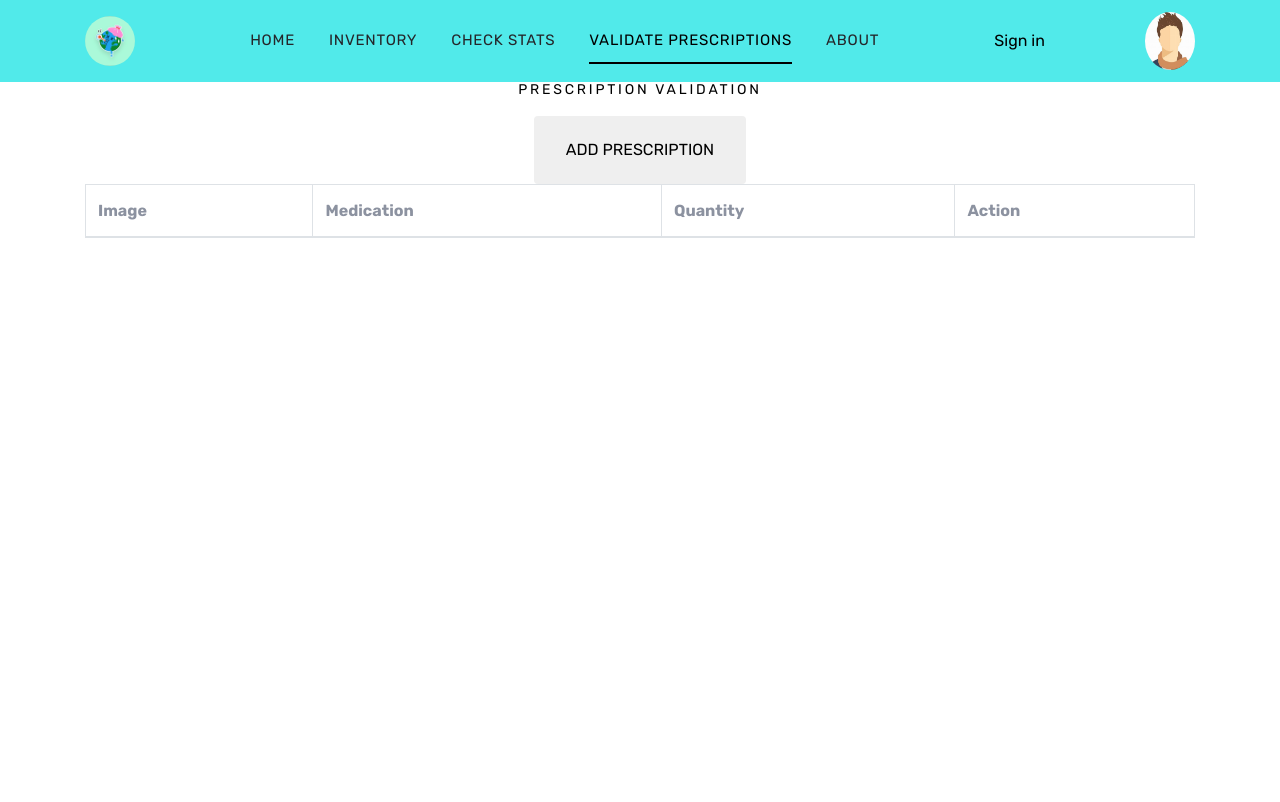
Repository: Argivist/Web-Doctor
Page: http://localhost/admin/presc.php
The author's editor kept a copy of each file at every save. The page is drawn from the files as they stood at one save, then again after the next save.
The browser window is 1280 px wide. The pictures show the whole page.
Some icons come from a web library that is not loaded, so they are not drawn. Some web fonts or font styles are not loaded; a fallback is used. The page is run by PHP 8.4 with error messages shown; the project is at /var/www/html/. The database holds what the project's SQL file puts in it. Queries for data that is not in the repository find no rows.

Above is the page before, as saved 2024-03-16 21:58:32.

### admin/presc.php
<?php
include "../settings/connection.php";
session_start();
?>
<!DOCTYPE html>
<html lang="en">

<head>
    <meta charset="UTF-8">
    <meta name="viewport" content="width=device-width, initial-scale=1.0">
    <title>Home</title>
    <link rel="icon" href="../img/logo/logo.png" />

    <link href="https://fonts.googleapis.com/css?family=Rubik:400,700|Crimson+Text:400,400i" rel="stylesheet">
    <link rel="stylesheet" href="fonts/icomoon/style.css">
    <link rel="stylesheet" href="../css/bootstrap.min.css">
    <link rel="stylesheet" href="../css/magnific-popup.css">
    <link rel="stylesheet" href="../css/jquery-ui.css">
    <link rel="stylesheet" href="../css/owl.carousel.min.css">
    <link rel="stylesheet" href="../css/owl.theme.default.min.css">
    <link rel="stylesheet" href="../css/style.css">
    <link rel="stylesheet" href="../css/aos.css">
    <link rel="stylesheet" href="../css/popup.css">
    <script src="../js/popup.js"></script>
    <script src="../js/ajax_.js"></script>


    <!-- <style>
        body {
            font-family: 'Segoe UI', Tahoma, Geneva, Verdana, sans-serif;
            background-color: #f8f9fa;

        }

        .prescription-container {
            max-width: 900px;
            margin: 0 auto;
        }

        .prescription {
            border: 1px solid #ddd;
            border-radius: 10px;
            padding: 20px;
            margin-bottom: 30px;
            background-color: #fff;
            box-shadow: 0 0 10px rgba(0, 0, 0, 0.1);
            transition: all 0.3s ease;
        }

        .prescription:hover {
            transform: translateY(-5px);
            box-shadow: 0 0 20px rgba(0, 0, 0, 0.15);
        }

        .prescription img {
            max-width: 100%;
            border-radius: 8px;
            margin-bottom: 15px;
            box-shadow: 0 0 10px rgba(0, 0, 0, 0.1);
        }

        .prescription h3 {
            color: #343a40;
            font-size: 22px;
            margin-bottom: 20px;
        }

        .btn {
            border-radius: 20px;
            font-size: 16px;
            padding: 10px 20px;
            margin-right: 10px;
            transition: all 0.3s ease;
        }

        .btn:hover {
            transform: translateY(-2px);
        }

        .modal-content {
            border-radius: 15px;
            box-shadow: 0 0 20px rgba(0, 0, 0, 0.2);
        }

        .modal-header,
        .modal-body,
        .modal-footer {
            border: none;
        }

        .modal-title {
            color: #343a40;
            font-size: 24px;
        }

        .modal-body p {
            font-size: 18px;
            margin-bottom: 15px;
        }

        .badge {
            font-size: 14px;
            border-radius: 20px;
        }

        .badge-secondary {
            background-color: #6c757d;
        }

        .badge-success {
            background-color: #28a745;
        }

        /* .prescription {
            margin-top: 10px;
        } */

        .white-popup {
            background: #fff;
            padding: 20px;
            max-width: 400px;
            margin: 0 auto;
            text-align: center;
            border-radius: 5px;
        }

        .white-popup input[type="file"] {
            margin-bottom: 10px;
        }

        .white-popup button {
            background-color: #04e2f6;
            border: none;
            color: white;
            padding: 10px 20px;
            text-align: center;
            text-decoration: none;
            display: inline-block;
            font-size: 16px;
            margin: 4px 2px;
            cursor: pointer;
            border-radius: 5px;
        }
    </style> -->
    <style>
        .btn {
            margin-top: 10px;
        }

        .safer:hover {
            border: green solid 2px;
        }

        .danger:hover {
            border: red solid 2px;
        }
    </style>

</head>

<body>
    <div class="site-wrap">

        <!--Navigation Bar-->
        <div class="site-navbar bg-primary py-2">
            <div class="container">
                <div class="d-flex align-items-center justify-content-between">
                    <div class="logo">
                        <div class="site-logo">
                            <a href="home.php" class="js-logo-clone"><img src="../img/logo/logo.png" style="width:50px; border-radius:50px;" alt="logo" /></a>
                        </div>
                    </div>
                    <div class="main-nav d-lg-block">
                        <nav class="site-navigation text-right text-md-center" role="navigation">
                            <ul class="site-menu js-clone-nav d-lg-block">
                                <li class=""><a href="home.php">Home</a></li>

                                <li><a href="inventory.php">Inventory</a></li>
                                <li class=""><a href="statistics.php">Check Stats</a></li>
                                <li class="active"><a href="presc.php">Validate Prescriptions</a></li>

                                <li><a href="aboutus.php">About</a></li>

                            </ul>
                        </nav>
                    </div>
                    <?php
                    if (isset($_SESSION['id'])) {
                        echo "<div class='logout'><a href='../actions/logout.php'>Logout</a></div>";
                    } else {
                        echo "<div class='login'><a href='../login/login.php'>Sign in</a></div>";
                    } ?>
                    <div class="profile">
                        <a href="
                        <?php
                        if (isset($_SESSION['id'])) {
                            echo "profile.php";
                        } else {
                            echo "../login/login.php";
                        }
                        ?>
                        "><img src="
                        <?php
                        if (isset($_SESSION['id'])) {
                            echo "../img/logo/logo.png";
                        } else {
                            echo "../img/profile.jpg";
                        }
                        ?>
                        " alt="Image" class="rounded-circle" style="width:50px; border-radius:50px;"></a>
                    </div>
                </div>
            </div>
        </div>

        <!--Main Content-->
        <!--Image By: Photo by Alex Green: https://www.pexels.com/photo/pile-of-white-spilled-pills-5699514/-->
        <div class="site-blocks-cover">
            <div class="container">


                <!-- Profile Modal -->
                <div class="modal fade popup" id="profileModal" tabindex="-1" role="dialog" aria-labelledby="profileModalLabel" aria-hidden="true">
                    <div class="modal-dialog" role="document">
                        <div class="modal-content">
                            <div class="modal-header">
                                <h5 class="modal-title" id="profileModalLabel">Buyer Profile</h5>
                                <button type="button" class="close" data-dismiss="modal" aria-label="Close">
                                    <span aria-hidden="true">&times;</span>
                                </button>
                            </div>
                            <div class="modal-body">
                                <p>Name: <span id="buyerName"></span></p>
                                <p>Age: <span id="buyerAge"></span></p>
                                <p>Adult: <span id="isAdult"></span></p>
                            </div>
                        </div>
                    </div>
                </div>

                <!-- Reason Modal -->
                <!-- <div class="modal fade reason-modal" id="reasonModal" tabindex="-1" role="dialog" aria-labelledby="reasonModalLabel" aria-hidden="true">
                                <div class="modal-dialog" role="document">
                                    <div class="modal-content">
                                        <div class="modal-header">
                                            <h5 class="modal-title" id="reasonModalLabel">Provide Reason for Rejection</h5>
                                            <button type="button" class="close" data-dismiss="modal" aria-label="Close">
                                                <span aria-hidden="true">&times;</span>
                                            </button>
                                        </div>
                                        <div class="modal-body">
                                            <textarea class="form-control rejection-reason" rows="4"></textarea>
                                        </div>
                                        <div class="modal-footer">
                                            <button type="button" class="btn btn-secondary" data-dismiss="modal">Close</button>
                                            <button type="button" class="btn btn-danger submit-rejection">Submit</button>
                                        </div>
                                    </div>
                                </div>
                            </div>
                        </div>
                    </div>
                </div> -->
                <!-- new list -->
                <div class="site-blocks-table">
                    <!-- Adding patient -->
                    <div class="container">
                        <h2 style="text-align:center;">Prescription Validation</h2>
                        <center><button class="btn" onclick="openPopup('popup_add_presc')">Add Prescription</button></center>
                    </div>
                </div>
                <table class="table table-bordered">

                    <thead>
                        <tr>
                            <th class="product-thumbnail">Image</th>
                            <th class="product-name">Medication</th>
                            <th class="product-quantity">Quantity</th>
                            <th class="product-price">Action</th>
                        </tr>
                    </thead>
                    <tbody>
                        <?php
                        include '../actions/get_all_presc.php';
                        include '../functions/list_presc_action.php';
                        $presc = getPresc();

                        $count = 0;
                        foreach ($presc as $item) {
                            if ($item['approved'] == 0) {
                                echo displayPresc($item["prescript_id"], $item['medicine_id'], $item['img_url'], $item['medicine_name'], $item['qty'], $item['desc'], $item['medicine_price']);
                            }
                        }

                        ?>
                    </tbody>
                    <table>
            </div>
        </div>
    </div>
    <!-- popup -->
    <div class="popup" id="popup_add_presc">
        <div class="popup-item">
            <div class="popup-header">
                <h2>Add Prescription</h2>
                <span class="close" onclick="closePopup('popup_add_presc')">&times;</span>
            </div>
            <div class="popup-body">
                <div class="error" id="error"></div>
                <!-- <form action="../actions/add_presc.php" method="post" enctype="multipart/form-data"> -->
                <div class="form-group  mb-2">
                    <label for="medicine">Medicine ID</label>
                    <input type="text" class="form-control" id="medicine" name="medid" required>
                    <label for="patient"> Patient ID</label>
                    <input type="text" class="form-control" id="patient" name="pid" required>
                    <label for="quantity">Quantity</label>
                    <input type="number" class="form-control" id="quantity" name="quantity" required>
                    <label for="file">Prescription</label>
                    <label for="descr">Description</label>
                    <textarea class="form-control" id="description" name="descr" required></textarea>
                    <input type="file" name="file" id="file">
                    <input type="submit" class="btn btn-primary" value="Add Prescription" onclick="add_presc('medicine','patient','quantity','description','error',)">
                </div>
            </div>
        </div>
        <script>

        </script>
</body>
<script src="../js/jquery-3.3.1.min.js"></script>
<script src="../js/jquery-ui.js"></script>
<script src="../js/popper.min.js"></script>
<script src="../js/bootstrap.min.js"></script>
<script src="../js/owl.carousel.min.js"></script>
<script src="../js/jquery.magnific-popup.min.js"></script>
<script src="../js/aos.js"></script>

<script src="js/main.js"></script>


<!-- Bootstrap JS and jQuery -->
<script src="https://code.jquery.com/jquery-3.5.1.slim.min.js"></script>
<script src="https://cdn.jsdelivr.net/npm/popper.js@1.16.1/dist/umd/popper.min.js"></script>
<script src="https://stackpath.bootstrapcdn.com/bootstrap/4.5.2/js/bootstrap.min.js"></script>
<script>
    $(document).ready(function() {
        // Handle click on view profile button
        $('.view-profile-button').click(function() {
            var buyerName = $(this).data('name');
            var buyerAge = $(this).data('age');
            $('#buyerName').text(buyerName);
            $('#buyerAge').text(buyerAge);
            $('#isAdult').text(buyerAge >= 18 ? "Yes" : "No");
        });

        // Handle click on validate button
        $('.validate-button').click(function() {
            var prescription = $(this).closest('.prescription');
            var prescid = $(this).data('product-id');

            validatePrescription(prescription, prescid);
        });

        // Handle click on reject button
        $('.reject-button').click(function() {
            var presid = $(this).data('product-id');
            // $('.rejection-reason').data('product-name', productName);
            rejectPrescription(presid); //prescription, productName, rejectionReason);
        });

        // Handle click on submit rejection button
        // $('.submit-rejection').click(function() {
        //     var prescription = $('.rejection-reason').closest('.prescription');
        //     var productName = $('.rejection-reason').data('product-name');
        //     var rejectionReason = $('.rejection-reason').val();
        //     rejectPrescription(prescription, productName, rejectionReason);
        //     $('#reasonModal').modal('hide');
        // });

        // Function to validate prescription
        function validatePrescription(prescription, prescid) {
            fetch(
                '../actions/prescription.php', {
                    method: 'POST',
                    headers: {
                        'Content-Type': 'application/json'
                    },
                    body: JSON.stringify({
                        action: 0,
                        pid: prescid
                    })
                }
            ).then(response => response.json()).then(data => {
                if (data.status === "Success") {
                    alert('Prescription validated successfully');

                } else {
                    alert('Prescription validation failed');
                }
                window.location.reload();
            });
            // prescription.find('.validation-status').removeClass('badge-secondary').addClass('badge-success').text('Validated');
        }

        // Function to reject prescription
        function rejectPrescription(prescid) { //prescription, productName, rejectionReason) {
            fetch(
                '../actions/prescription.php', {
                    method: 'POST',
                    headers: {
                        'Content-Type': 'application/json'
                    },
                    body: JSON.stringify({
                        action: 1,
                        pid: prescid
                    })
                }
            ).then(response => response.json()).then(data => {
                if (data.status === "Success") {
                    alert('Prescription Rejected');

                } else {
                    alert('Prescription Rejection failed');
                }
                window.location.reload();
            });
            // Send AJAX request to reject prescription
            // prescription.find('.validation-status').removeClass('badge-secondary').addClass('badge-danger').text('Rejected');
            // You may want to update the UI to reflect rejection reason
        }
    });
</script>

</html>

### settings/connection.php

<?php
// $server="localhost";
// $user="root";
// $passwd="cs341webtech";
// $db="web_doctors";

// $conn=mysqli_connect($server,$user,$passwd,$db) or die("Connection failed :: ".$conn->error);
?>

<?php
$server="localhost:3307";
$user="root";
$passwd="root";
$db="web_doctors";

$conn=mysqli_connect($server,$user,$passwd,$db) or die("Connection failed :: ".$conn->error);
?>

### actions/get_all_presc.php
<?php
require "../settings/connection.php";

function getPresc(){
    global $conn;
    $query="SELECT * FROM prescription LEFT JOIN people ON prescription.custom_id=people.p_id LEFT JOIN medicine_inventory ON prescription.medicine_id=medicine_inventory.medicine_id ";

    $result=mysqli_query($conn,$query);
    $row=[];

    if($result){
        $row=mysqli_fetch_all($result,MYSQLI_ASSOC);
    }else{
        echo "No meds found";
    }

    mysqli_free_result($result);
    mysqli_close($conn);
    return $row;

}

### functions/list_presc_action.php

<?php
function displayPresc($pid,$mid, $url, $med_name, $medicine_qty, $medicine_desc,$medicine_price)
{
    $cart_item = "

<tr>
<input type='text' name='med_id' value='" . $mid . "' hidden/>

                    <td class='product-thumbnail'>
                    <a href='../view/shop-single.php?mid=" . $mid . "&url=" . $url . "&name=" . $med_name . "&qty=" . $medicine_qty . "&desc=" . $medicine_desc . "&price=" . $medicine_price . "'>
                      <img src=" . $url . " alt='Image' class='img-fluid'>
                      </a>
                    </td>
                    <td class='product-name'>
                    <a href='../view/shop-single.php?mid=" . $mid . "&url=" . $url . "&name=" . $med_name . "&qty=" . $medicine_qty . "&desc=" . $medicine_desc . "&price=" . $medicine_price . "'>

                      <h2 class='h5 text-black'>" . $med_name . "</h2>
                      </a>
                    </td>

                     <td>
                    <a href='../view/shop-single.php?mid=" . $mid . "&url=" . $url . "&name=" . $med_name . "&qty=" . $medicine_qty . "&desc=" . $medicine_desc . "&price=" . $medicine_price . "'>

                        <h2 class='h5 text-black'>" . $medicine_qty . "</h2>
                        </a>

                    </td>
                    <td>
                    <button class='btn btn-primary safer validate-button' data-product-id='".$pid."'>Validate Prescription</button><br/>
                    <button class='btn btn-primary  view-profile-button' data-toggle='modal' data-target='#profileModal' data-name='Emily Brown' data-age='28'>View Buyer Profile</button><br/>
                    <button class='btn btn-primary danger reject-button' data-toggle='modal' data-target='#reasonModal' data-product-id='".$pid."'>Reject Prescription</button><br/>

                    </td>

                      </tr>";
                  return $cart_item;
}

### css/popup.css
@keyframes animatetop {
    from {
        top: -300px;
        opacity: 0
    }

    to {
        top: 0;
        opacity: 1
    }
}

.popup-item {
    position: absolute;
    top: 50%;
    left: 50%;
    transform: translate(-50%, -50%);
    background-color: #fefefe;
    padding: 20px;
    border: 1px solid #888;
    border-radius: 5px;
    box-shadow: 0 4px 8px 0 rgba(0, 0, 0, 0.2), 0 6px 20px 0 rgba(0, 0, 0, 0.19);
    animation-name: animatetop;
    animation-duration: 0.4s;
}
.popup-item input{
    width: 100%;
    padding: 12px 20px;
    margin: 8px 0;
    display: inline-block;
    border: 1px solid #ccc;
    border-radius: 4px;
    box-sizing: border-box;

}
.popup {
    z-index: 1;
    display: none;
    width: 100%;
    height: 100vh;
    position: fixed;
    top: 0;
    left: 0;
    right: 0;
    bottom: 0;
    z-index: 9999;
    background-color: rgba(0, 0, 0, 0.5);
}

### db/web_doctors.sql (the tables this page reads)
CREATE TABLE `medicine_inventory` (
  `medicine_id` int(11) PRIMARY KEY AUTO_INCREMENT,
  `img_url` varchar(100) NOT NULL,
  `medicine_name` varchar(50) NOT NULL,
  `medicine_qty` int(11) NOT NULL,
  `medicine_price` decimal(11,0) NOT NULL,
  `presc` boolean NOT NULL DEFAULT FALSE,
  `desc` LONGTEXT NOT NULL,
  `pharm_id` int(11),
  foreign key(pharm_id) references pharmacy(pharm_id) ON DELETE CASCADE ON UPDATE CASCADE
);

INSERT INTO `medicine_inventory` (`img_url`,`medicine_id`,`medicine_name`, `medicine_qty`, `medicine_price`, `pharm_id`,`desc`) VALUES
('..\\img\\meds\\product_01.png', 1, 'Bioderma', 100, 10, 1, 'Bioderma Sensibio H2O Soothing Micellar Cleansing Water and Makeup Removing Solution for Sensitive Skin'),
('..\\img\\meds\\product_02.png', 2, 'CP', 100, 10, 1, 'Cetaphil Pro Dermacontrol Purifying Clay Mask With bentonite Clay for Oily, Sensitive Skin, 3 Oz Jar'),
('..\\img\\meds\\product_03.png', 3, 'Umcka', 100, 10, 1, "Nature\'s Way Umcka ColdCare Cherry Syrup, 4 Ounce"),
('..\\img\\meds\\product_04.png', 4, 'cety1Pure', 100, 10, 1,'Cetaphil Gentle Skin Cleanser for All Skin Types, Face Wash for Sensitive Skin, 16 oz'),
('..\\img\\meds\\product_05.png', 5, 'Claritin', 100, 10, 1, 'Claritin 24 Hour Allergy Medicine, Non-Drowsy Prescription Strength Allergy Relief, Loratadine Antihistamine Tablets, 45 Count'),
('..\\img\\meds\\product_06.png', 6, 'Pourrie', 100, 10, 1,'Purina Pro Plan Savor Shredded Blend Chicken & Rice Formula Adult Dry Dog Food');

Loaded but not shown: css/bootstrap.min.css (library); css/magnific-popup.css (library); css/jquery-ui.css (library); css/owl.carousel.min.css (common file); css/owl.theme.default.min.css (common file); css/aos.css (library); js/jquery-3.3.1.min.js (library); js/jquery-ui.js (library); js/popper.min.js (library); js/bootstrap.min.js (library); js/owl.carousel.min.js (library); js/jquery.magnific-popup.min.js (library); js/aos.js (library); js/main.js (219 lines, source omitted); js/ajax_.js (34 lines, source omitted); js/popup.js (9 lines, source omitted); css/style.css (1125 lines, source omitted)

After the next save:
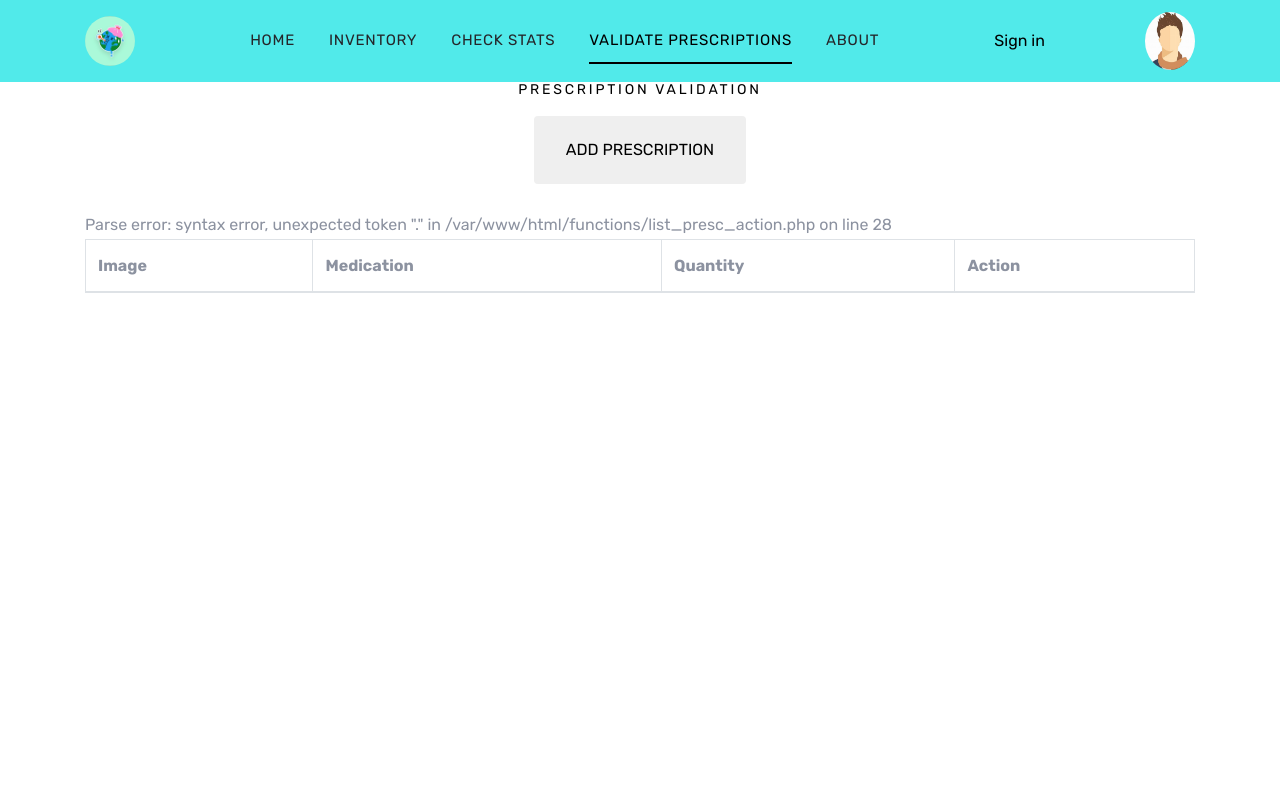
Saved 5 min 10 s later.
--- a/functions/list_presc_action.php
+++ b/functions/list_presc_action.php
@@ -8,27 +8,24 @@ function displayPresc($pid,$mid, $url, $med_name, $medicine_qty, $medicine_desc,
 <input type='text' name='med_id' value='" . $mid . "' hidden/>
 
                     <td class='product-thumbnail'>
-                    <a href='../view/shop-single.php?mid=" . $mid . "&url=" . $url . "&name=" . $med_name . "&qty=" . $medicine_qty . "&desc=" . $medicine_desc . "&price=" . $medicine_price . "'>
                       <img src=" . $url . " alt='Image' class='img-fluid'>
-                      </a>
+
                     </td>
                     <td class='product-name'>
-                    <a href='../view/shop-single.php?mid=" . $mid . "&url=" . $url . "&name=" . $med_name . "&qty=" . $medicine_qty . "&desc=" . $medicine_desc . "&price=" . $medicine_price . "'>
 
                       <h2 class='h5 text-black'>" . $med_name . "</h2>
-                      </a>
                     </td>
 
                      <td>
-                    <a href='../view/shop-single.php?mid=" . $mid . "&url=" . $url . "&name=" . $med_name . "&qty=" . $medicine_qty . "&desc=" . $medicine_desc . "&price=" . $medicine_price . "'>
 
                         <h2 class='h5 text-black'>" . $medicine_qty . "</h2>
-                        </a>
 
                     </td>
                     <td>
                     <button class='btn btn-primary safer validate-button' data-product-id='".$pid."'>Validate Prescription</button><br/>
-                    <button class='btn btn-primary  view-profile-button' data-toggle='modal' data-target='#profileModal' data-name='Emily Brown' data-age='28'>View Buyer Profile</button><br/>
+                    <button class='btn btn-primary  view-profile-button' data-toggle='modal' data-target='#profileModal' data-name='".
+
+                    ."' data-age='28'>View Buyer Profile</button><br/>
                     <button class='btn btn-primary danger reject-button' data-toggle='modal' data-target='#reasonModal' data-product-id='".$pid."'>Reject Prescription</button><br/>
 
                     </td>
